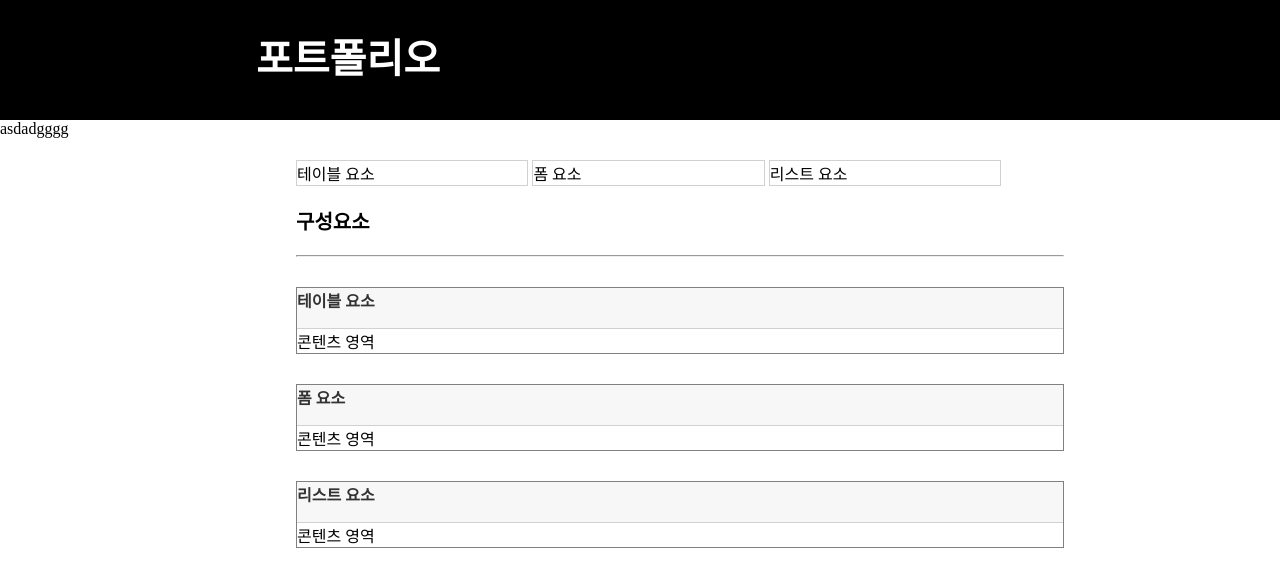
Repository: ItChoi/CSS-Study
Page: Css/WebContent/html/boostcourse/project-A1/portfolio.html
These files come from the project's save history. The page is drawn as it stood at one moment and after the next save; the edit follows.
The browser window is 1280 px wide. The pictures show the whole page.

Above is the page before, as saved 2019-06-18 10:46:06.

### Css/WebContent/html/boostcourse/project-A1/portfolio.html
<!DOCTYPE html>
<html>
<head>
	<link href="../../../css/boostcourse/project-A1/portfolio.css" rel="stylesheet" type="text/css">

</head>
<body>
	<div class="wrap">

		<div class="header">

		</div>

		<div class="content">

			<div class="con_header">
				<p class="title">포트폴리오</p>
			</div>

			<div class="con_content">

				<div class="button_list">
					<ul>
						<li class="button_elements">테이블 요소</li>
						<li class="button_elements">폼 요소</li>
						<li class="button_elements">리스트 요소</li>
					</ul>
				</div>

				<div class="element">
					<p class="element_title">구성요소</p>
					<hr/>

					<div class="elements_box">
						<div class="e_table ele">
							<div class="ele_title">
								<p class="ele_text">테이블 요소</p>
							</div>
							<div class="ele_content">
								콘텐츠 영역
							</div>
						</div>

						<div class="e_form ele">
							<div class="ele_title">
								<p class="ele_text">폼 요소</p>
							</div>
							<div class="ele_content">
								콘텐츠 영역
							</div>
						</div>

						<div class="e_list ele">
							<div class="ele_title">
								<p class="ele_text">리스트 요소</p>
							</div>
							<div class="ele_content">
								콘텐츠 영역
							</div>
						</div>

					</div>

				</div>

			</div>

		</div>

		<div class="footer">
		asdadgggg
		</div>


	</div>

</body>
</html>

### Css/WebContent/css/boostcourse/project-A1/portfolio.css
html, body, .wrap {
	margin: 0px;
	padding: 0px;
}

.header {
	width: 100%;
	height: 120px;
	background: #000;

	position: relative;
}

.content {
	position: absolute;
	top: 0;
	left: 20%;
	right: 20%;
}

.con_header {
	height: 120px;
}

.title {
	margin: 0px;
	color: #fff;
	font-size: 40px;
	font-weight: bold;
	line-height: 120px;
}

.con_content {
	width: 100%;
	padding-left: 40px;
	padding-right: 40px;
}

ul {
	margin: 0px;
	padding: 0px;
	margin-top: 40px;
	list-style: none;
}

.button_elements {
	display: inline-block;
	border:  1px solid #d1d1d1;
	width: 30%;
}

.button_elements:HOVER {
	background-color: #454545;
	font-weight: bold;
}

.element_title {
	font-size: 20px;
	color: #000;
	font-weight: bold;
}

hr {
/* 	border: 1px solid #454545; */
}

.elements_box {
	margin-top: 30px;
}

.ele {
	margin-bottom: 30px;
	border: 1px solid gray;
}

.ele_title {
	background-color: #f7f7f7;
	border-bottom: 1px solid #d1d1d1;
	height: 40px;
}

.ele_text {
	margin: 0px;
	color: #333;
	font-size: 16px;
	font-weight: bold;
}

After the next save:
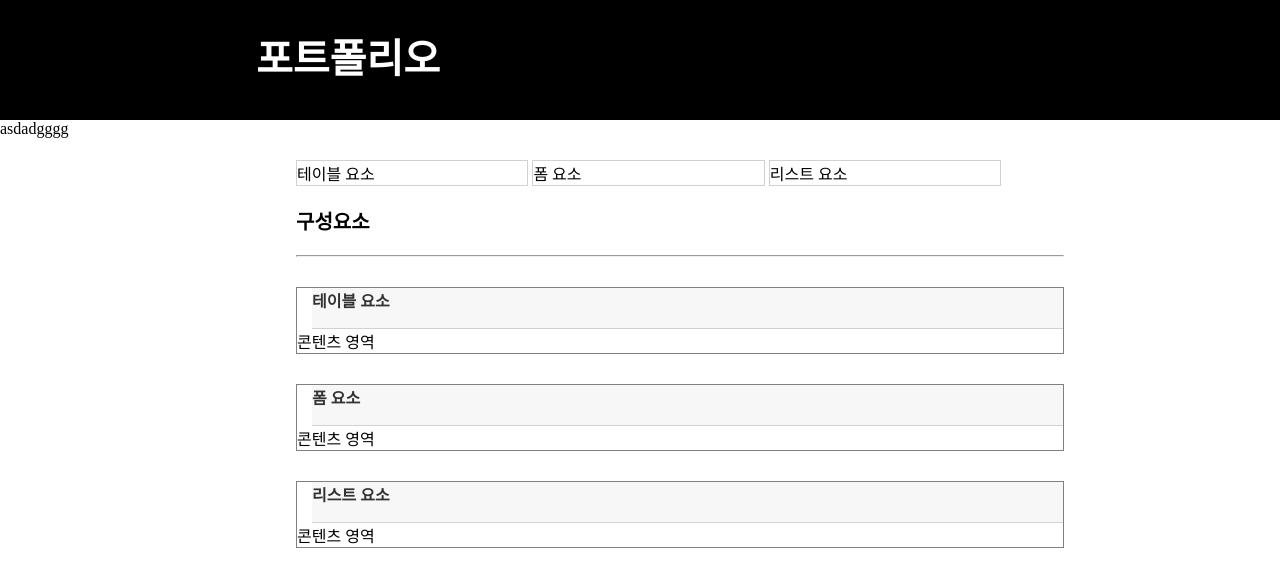
Saved 12 s later.
--- a/Css/WebContent/css/boostcourse/project-A1/portfolio.css
+++ b/Css/WebContent/css/boostcourse/project-A1/portfolio.css
@@ -77,6 +77,7 @@ hr {
 	background-color: #f7f7f7;
 	border-bottom: 1px solid #d1d1d1;
 	height: 40px;
+	margin-left: 15px;
 }
 
 .ele_text {
